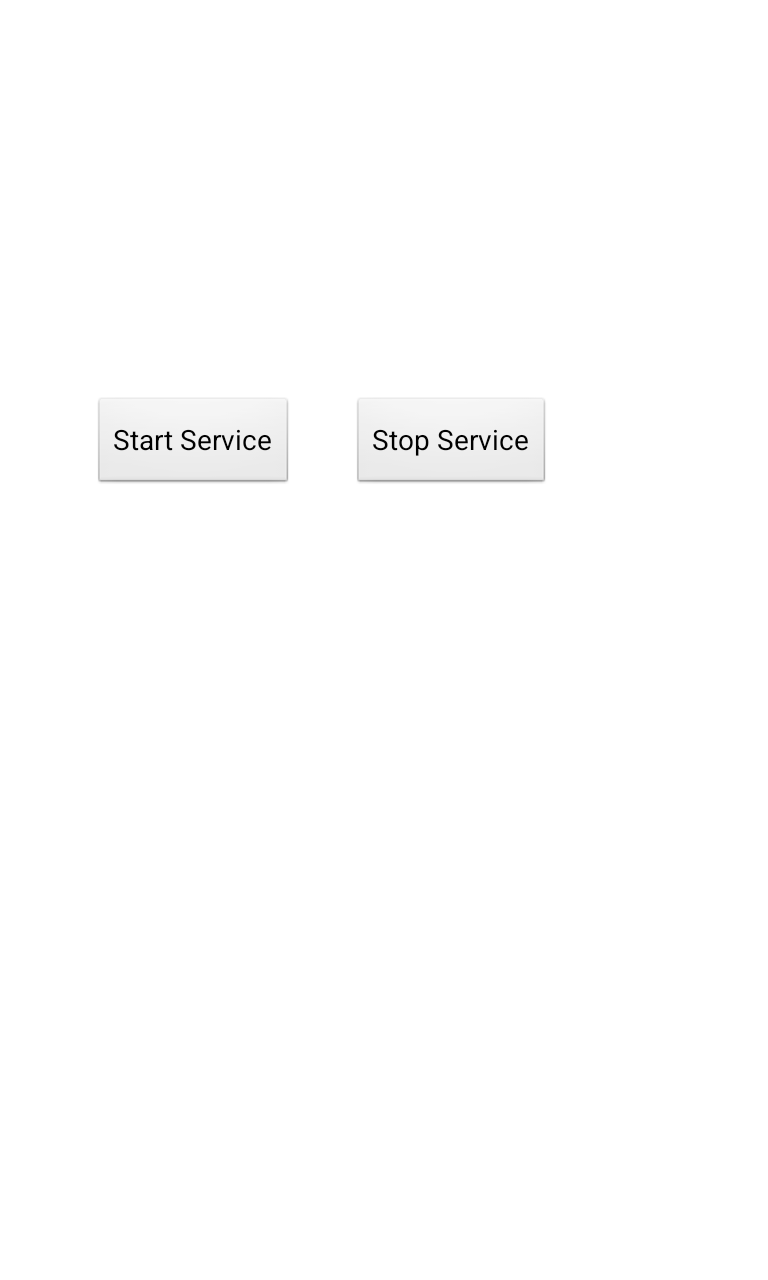
Repository: terraego/Wifidroid
Layout: server/res/layout/activity_wifi_droid_server.xml
These files come from the project's save history. The layout is drawn as it stood at one moment and after a run of saves; the edit follows.
It is drawn on a 768 x 1280 px phone screen (xhdpi) without system bars, with theme AppTheme; the app's code is not run.

Above is the layout before, as saved 2012-07-06 15:01:52.

### server/res/layout/activity_wifi_droid_server.xml
<RelativeLayout xmlns:android="http://schemas.android.com/apk/res/android"
    xmlns:tools="http://schemas.android.com/tools"
    android:layout_width="match_parent"
    android:layout_height="match_parent" >

    <Button
        android:id="@+id/button1"
        android:layout_width="wrap_content"
        android:layout_height="wrap_content"
        android:layout_alignParentLeft="true"
        android:layout_alignParentTop="true"
        android:layout_marginLeft="46dp"
        android:layout_marginTop="198dp"
        android:text="@string/StartService" />

    <Button
        android:id="@+id/button2"
        android:layout_width="wrap_content"
        android:layout_height="wrap_content"
        android:layout_alignBaseline="@+id/button1"
        android:layout_alignBottom="@+id/button1"
        android:layout_marginLeft="28dp"
        android:layout_toRightOf="@+id/button1"
        android:text="@string/StopService" />

</RelativeLayout>

### server/res/values/strings.xml
<resources>

    <string name="app_name">WifiDroidServer</string>
    <string name="hello_world">Hello world!</string>
    <string name="menu_settings">Settings</string>
    <string name="title_activity_wifi_droid_server">WifiDroidServerActivity</string>
    <string name="StartService">&quot;Start Service&quot;</string>
    <string name="StopService">&quot;Stop Service&quot;</string>

</resources>

Loaded but not shown: server/res/values/styles.xml (common file)

After the next 3 saves:
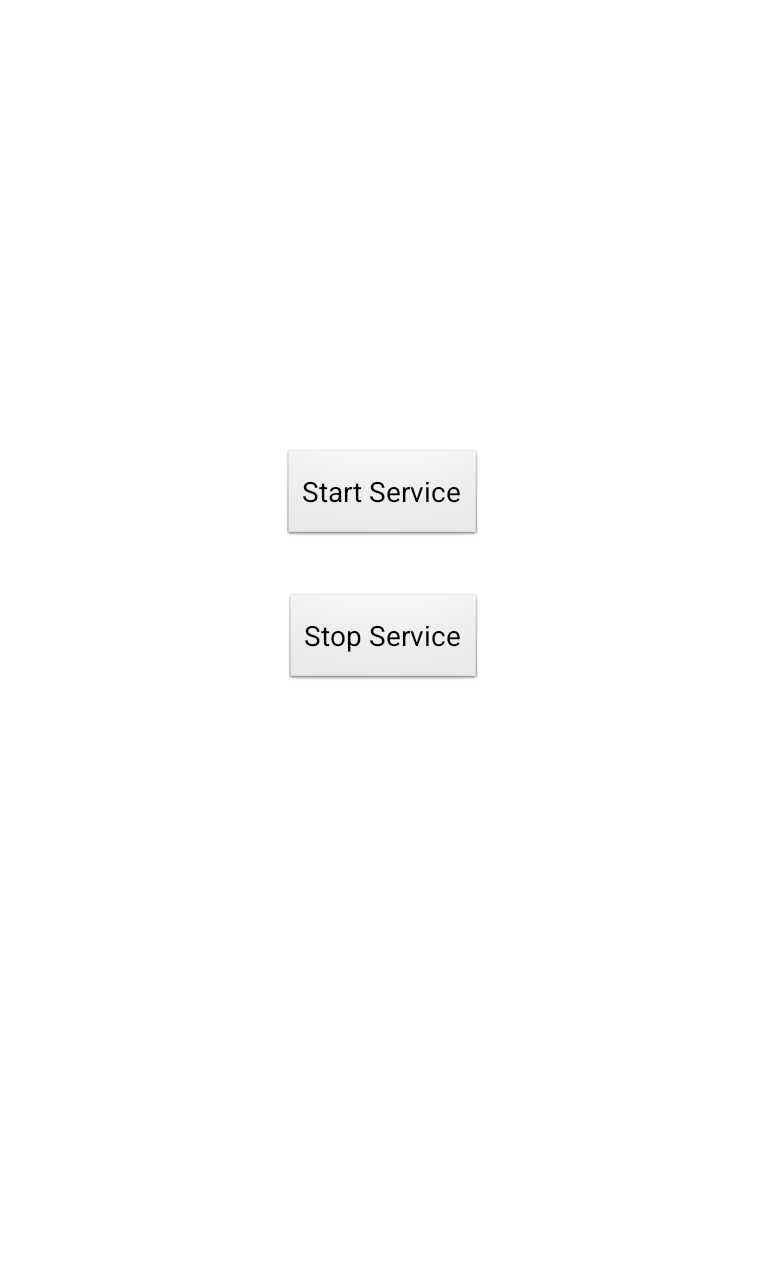
The 3 saves are shown as one change because 2 did not build or start.
The last was saved 6 min 1 s later.
--- a/server/res/layout/activity_wifi_droid_server.xml
+++ b/server/res/layout/activity_wifi_droid_server.xml
@@ -1,26 +1,24 @@
 <RelativeLayout xmlns:android="http://schemas.android.com/apk/res/android"
     xmlns:tools="http://schemas.android.com/tools"
+    android:id="@+id/RelativeLayout"
     android:layout_width="match_parent"
     android:layout_height="match_parent" >
+
+    <Button
+        android:id="@+id/button2"
+        android:layout_width="wrap_content"
+        android:layout_height="wrap_content"
+        android:layout_centerHorizontal="true"
+        android:layout_centerVertical="true"
+        android:text="@string/StopService" />
 
     <Button
         android:id="@+id/button1"
         android:layout_width="wrap_content"
         android:layout_height="wrap_content"
-        android:layout_alignParentLeft="true"
-        android:layout_alignParentTop="true"
-        android:layout_marginLeft="46dp"
-        android:layout_marginTop="198dp"
+        android:layout_above="@+id/button2"
+        android:layout_alignRight="@+id/button2"
+        android:layout_marginBottom="24dp"
         android:text="@string/StartService" />
 
-    <Button
-        android:id="@+id/button2"
-        android:layout_width="wrap_content"
-        android:layout_height="wrap_content"
-        android:layout_alignBaseline="@+id/button1"
-        android:layout_alignBottom="@+id/button1"
-        android:layout_marginLeft="28dp"
-        android:layout_toRightOf="@+id/button1"
-        android:text="@string/StopService" />
-
 </RelativeLayout>
